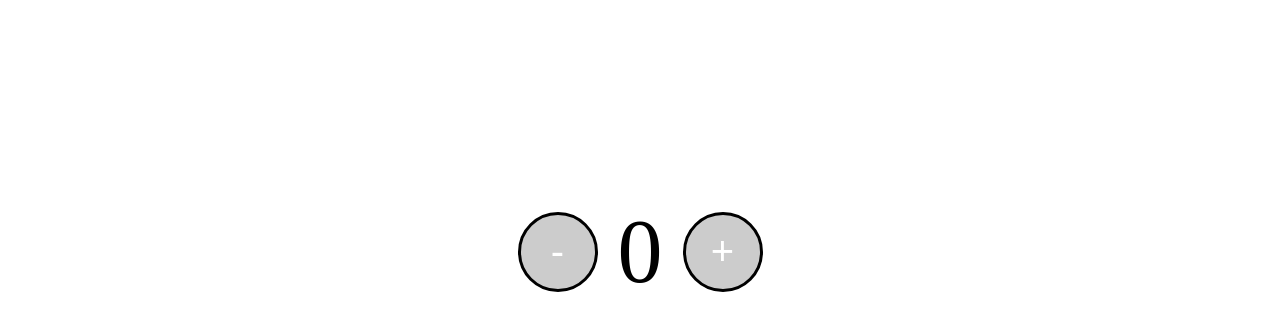
Repository: zRush1202/LoginPage-demo
Page: dom/exercise/counter.html
An editor plug-in stored every save of this project. The page is shown before and after the next save, followed by the edit.
The browser window is 1280 px wide. The pictures show the whole page.

Above is the page before, as saved 2023-09-16 21:29:59.

### dom/exercise/counter.html
<!DOCTYPE html>
<html lang="en">
<head>
    <meta charset="UTF-8">
    <meta name="viewport" content="width=device-width, initial-scale=1.0">
    <title>Counter</title>
    <link rel="stylesheet" href="counter.css">
</head>
<body>
    <div class="box">
        <button class="des">-</button>
        <span class="num">0</span>
        <button class="ins">+</button>
    </div>
    <script src="counter.js"></script>
</body>
</html>

### dom/exercise/counter.css
* {
    margin: 0;
    padding: 0;
}

.box {
    display: flex;
    justify-content: center;
    align-items: center;
    text-align: center;
    position: relative;
    top: 200px;
}

.num {
    text-align: center;
    font-size: 90px;
    margin-left: 20px;
    margin-right: 20px;
    color: linear-gradient(left to right, blue, violet);
}

.des, .ins{
    height: 80px;
    width: 80px;
    font-size: 40px;
    border-radius: 40px;
    background-color: rgb(0, 0, 0, 0.2);
    color: white;
    border: 3px solid black;

}

.des:hover, .ins:hover {
    background-color: cyan;
    color: white;
}

### dom/exercise/counter.js
const ins = document.querySelector(".ins");
const des = document.querySelector(".des");
let num = document.querySelector(".num");

function increase(){
    let n = Number(num.textContent);
    n += 1;
    num.textContent = n;
}

function descrease(){
    let n = Number(num.textContent);
    n -= 1;
    num.textContent = n;
}

ins.addEventListener('click', increase);
des.addEventListener('click', descrease);

After the next save:
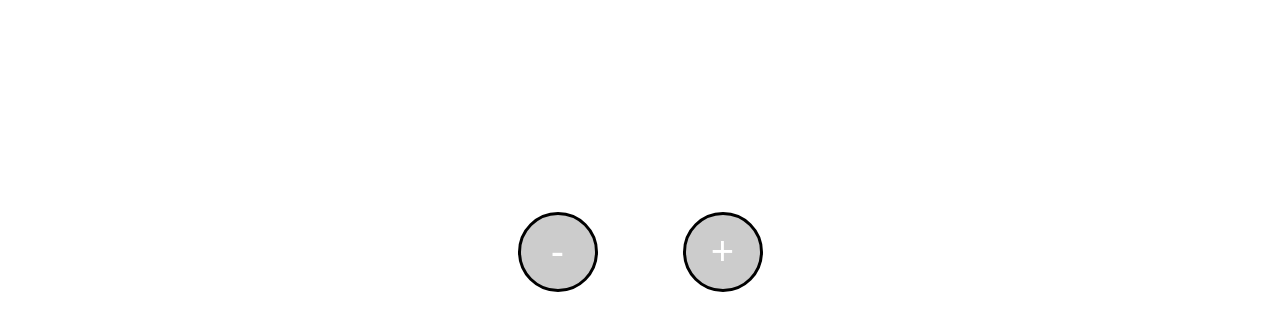
Saved 80 s later.
--- a/dom/exercise/counter.css
+++ b/dom/exercise/counter.css
@@ -17,7 +17,10 @@
     font-size: 90px;
     margin-left: 20px;
     margin-right: 20px;
-    color: linear-gradient(left to right, blue, violet);
+    color: transparent;
+    background-clip: text;
+    -webkit-background-clip: text;
+    /* background-image: linear-gradient( to right,  ,  #); */
 }
 
 .des, .ins{
